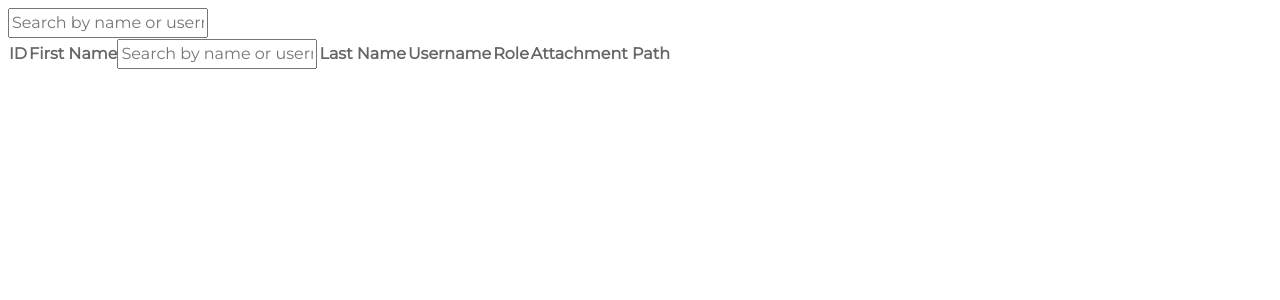
Repository: Arouja/frontgym
Page: /users
An editor plug-in stored every save of this project. The page is shown before and after the next save, followed by the edit.
The browser window is 1280 px wide. The pictures show the whole page.
The page's requests for data from a server got no answer. Some web libraries are served in a nearby version. The project was rebuilt for these pictures with package versions that can differ from the ones it lists, and the page was loaded fresh each time. No one was signed in, and anything a server would have sent is missing. Also part of the build but not shown: src/App.css, src/actions/authActions.js, src/Components/navbar/CustomNavbar.jsx, src/Components/footer/footer.jsx, src/Components/about/About.jsx, src/Components/classes/Classes.jsx, src/Components/home/Home.jsx, src/Components/feature/Feature.jsx and 10 more.

Above is the page before, as saved 2023-10-11 00:36:53.

After the next save:
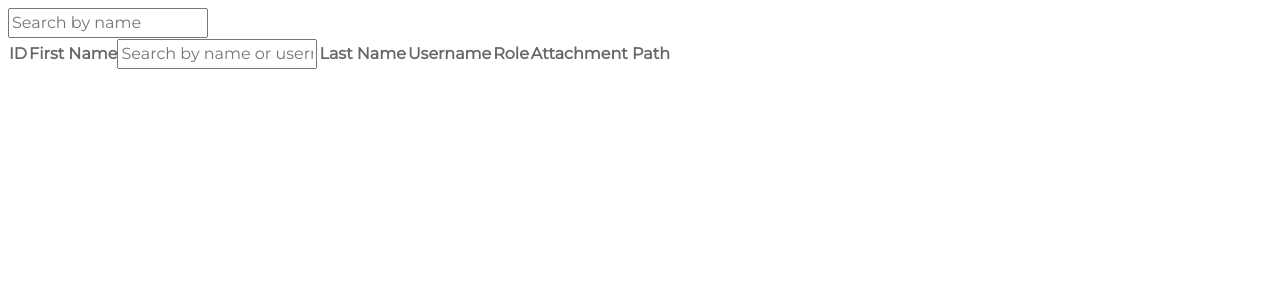
Saved 37 s later.
--- a/src/users/users.js
+++ b/src/users/users.js
@@ -21,7 +21,7 @@ function Users() {
         type="text"
         value={searchTerm}
         onChange={(e) => setSearchTerm(e.target.value)}
-        placeholder="Search by name or username"
+        placeholder="Search by name"
       />
       <table>
         <thead>
